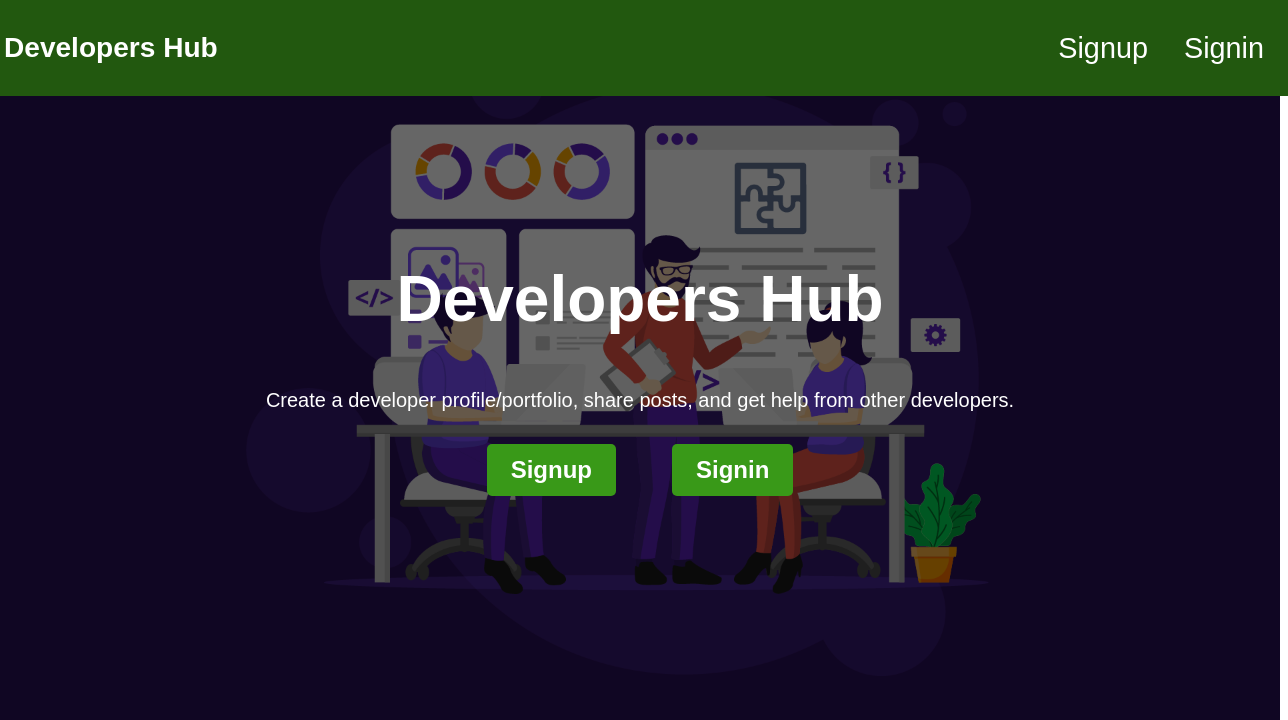
Repository: sayyad-mukthumsa-123/DevMania
Page: / (app in frontend/)
An editor plug-in stored every save of this project. The page is shown before and after the next save, followed by the edit.
The browser window is 1280 px wide. The page is 1288 px wide, then 1280 px, so the pictures cover 1288 px, including what lies to the right of the window. The pictures show the whole page.
The project was rebuilt for these pictures with package versions that can differ from the ones it lists, and the page was loaded fresh each time. Also part of the build but not shown: frontend/src/pages/login.js, frontend/src/pages/register.js, frontend/src/pages/Allprofiles.js, frontend/src/pages/MyProfile.js, frontend/src/pages/Indprofile.js.

Above is the page before, as saved 2025-02-28 23:40:57.

After the next save:
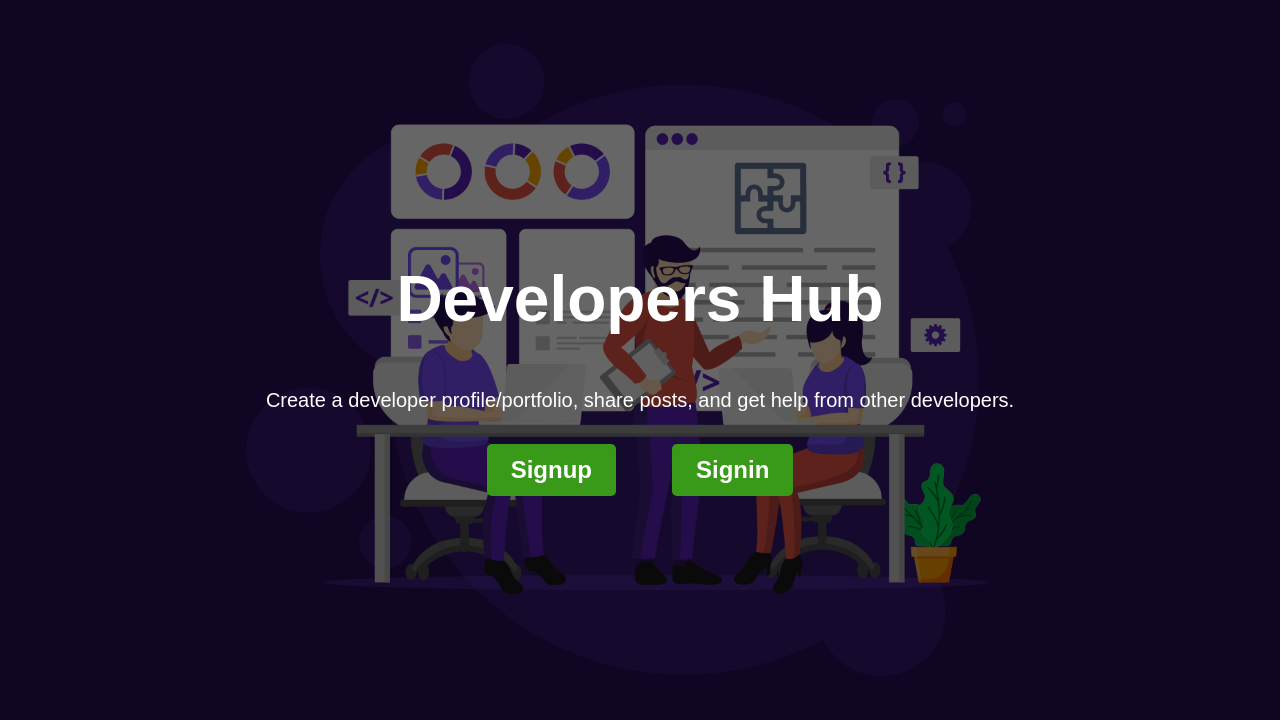
Saved 54 s later.
--- a/frontend/src/pages/Home.js
+++ b/frontend/src/pages/Home.js
@@ -1,14 +1,13 @@
 import React from 'react';
 import { Link } from 'react-router-dom';
 import '../styles/styles.css';  // Adjust the path based on your file structure
-import Navbar from './Navbar';
+
 
 const Home = () => {
   return (
     <>
       <section className='landing' >
         <div className='dark-overlay'>
-        <Navbar />
           <div className='landing-inner'>
 
             <h1 className='x-large'>Developers Hub</h1>
